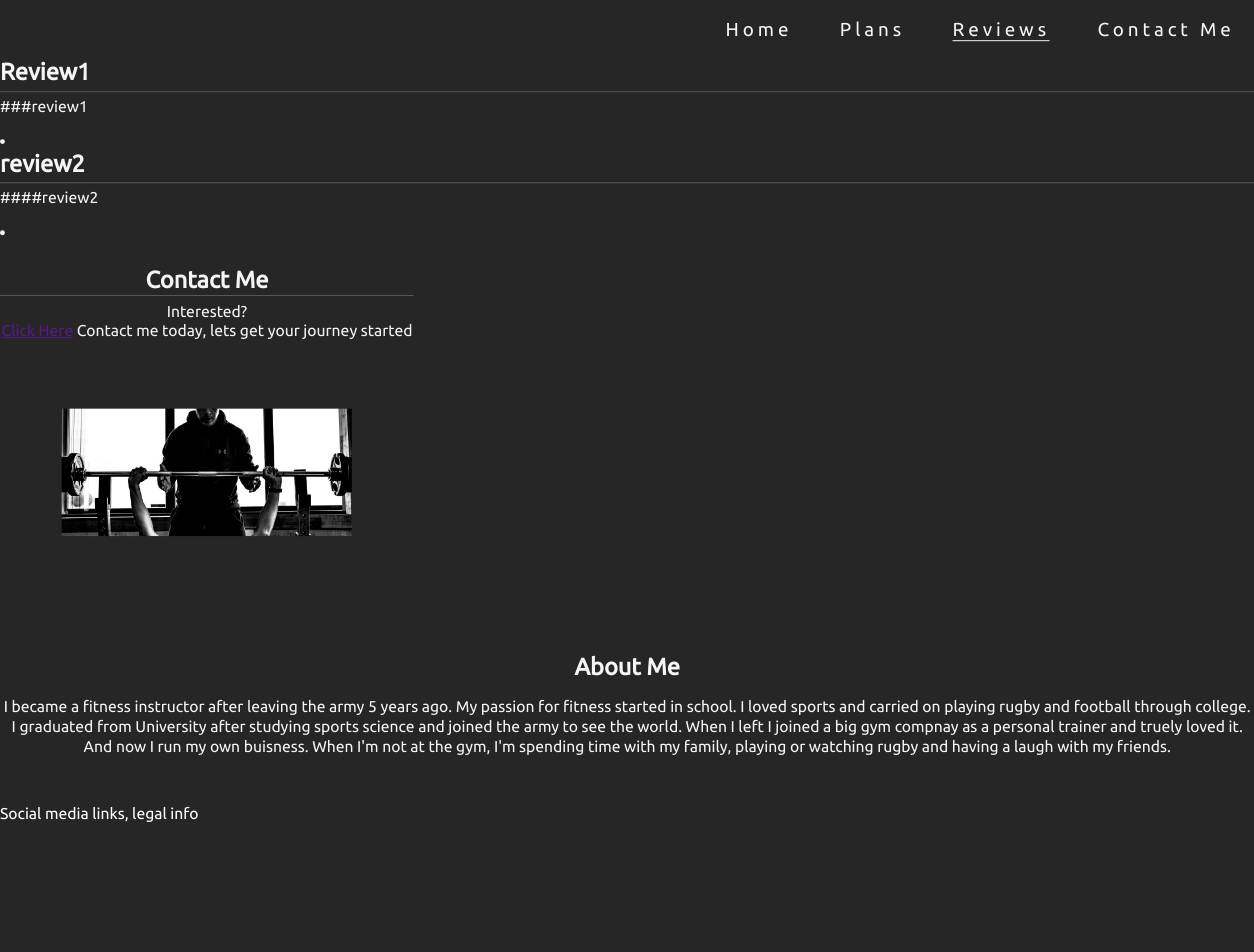
Repository: ClaireRoberts1403/Joe-Bloggs-Personal-Trainer
Page: html/reviews.html
The author's editor kept a record of every edit. The page is drawn from the files as they stood at one moment, then again after the next edit.
The browser window is 1280 px wide. The pictures show the whole page, at 98% of full size.
Some web fonts or font styles are not loaded; a fallback is used.

Above is the page before.

After the next edit:
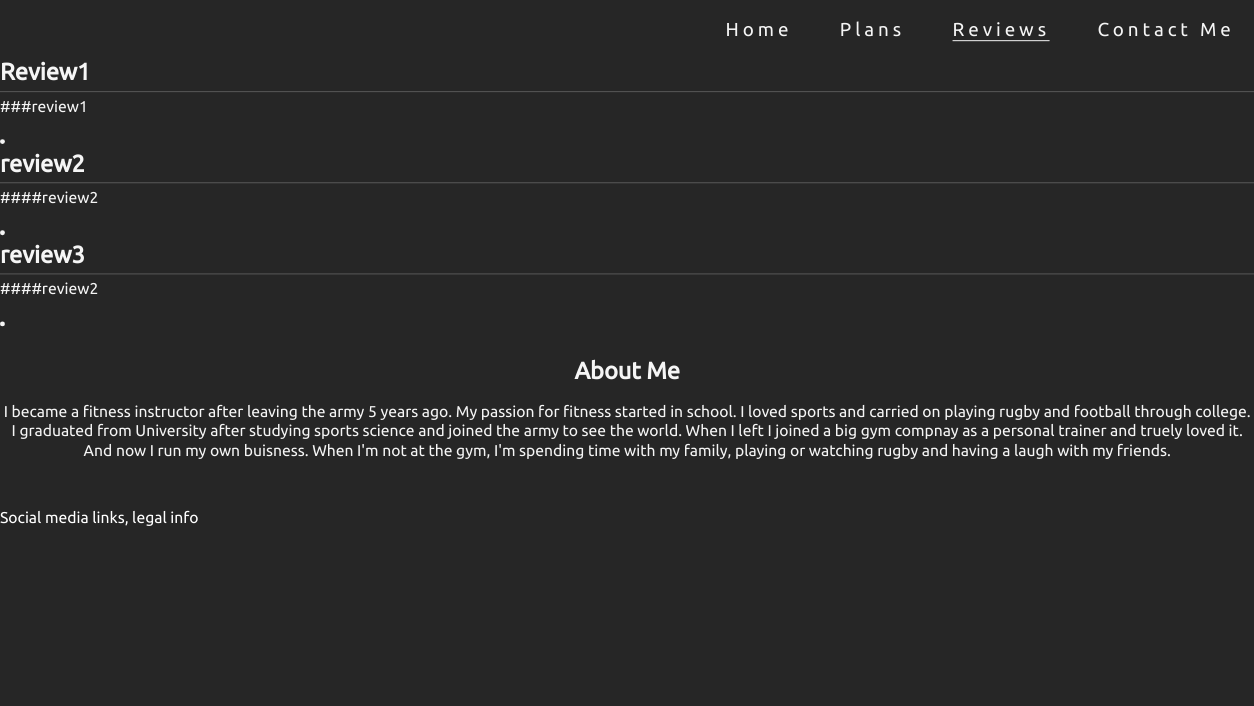
The edit:
--- a/html/reviews.html
+++ b/html/reviews.html
@@ -54,14 +54,13 @@
 
 			</li>
 		</div>
-		<div class="about-contact">
-			<h2>Contact Me <i class="#"></i></h2>
+	<div class="review3">
+			<h2>review3<i class="#"></i></h2>
 			<hr>
-			<p>Interested?<br>
-				<a href "##">Click Here</a> Contact me today, lets get your journey started</p>
+			<p>####review2</p>
 			<br>
+			<li class="reviewimage2">
 
-			<li class="indeximage3">
 			</li>
 		</div>
 	</section>
